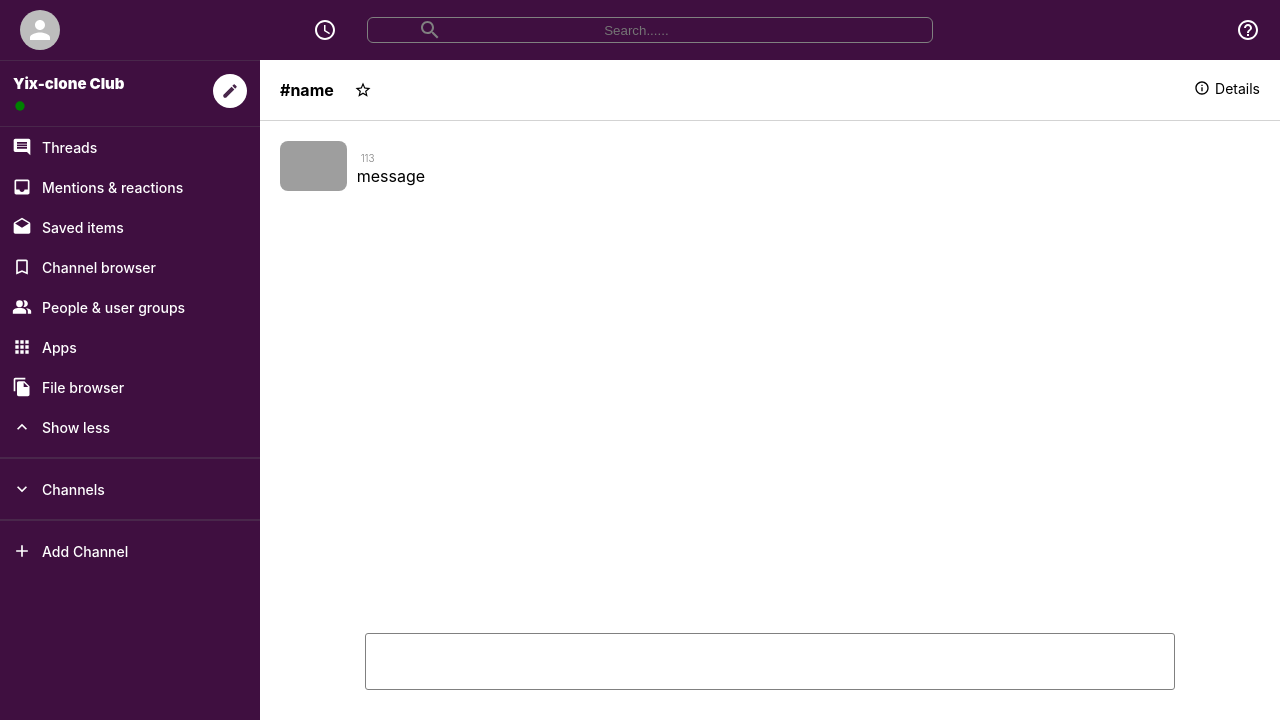
Repository: Tracy-maker/slack-clone
Page: /
An editor plug-in stored every save of this project. The page is shown before and after the next save, followed by the edit.
The browser window is 1280 px wide. The pictures show the whole page.
Pictures or frames that could not be fetched are drawn as grey boxes. The page's requests for data from a server got no answer. The project was rebuilt for these pictures with package versions that can differ from the ones it lists, and the page was loaded fresh each time. No one was signed in, and anything a server would have sent is missing. Also part of the build but not shown: src/App.css.

Above is the page before, as saved 2023-11-16 06:05:41.

After the next save:
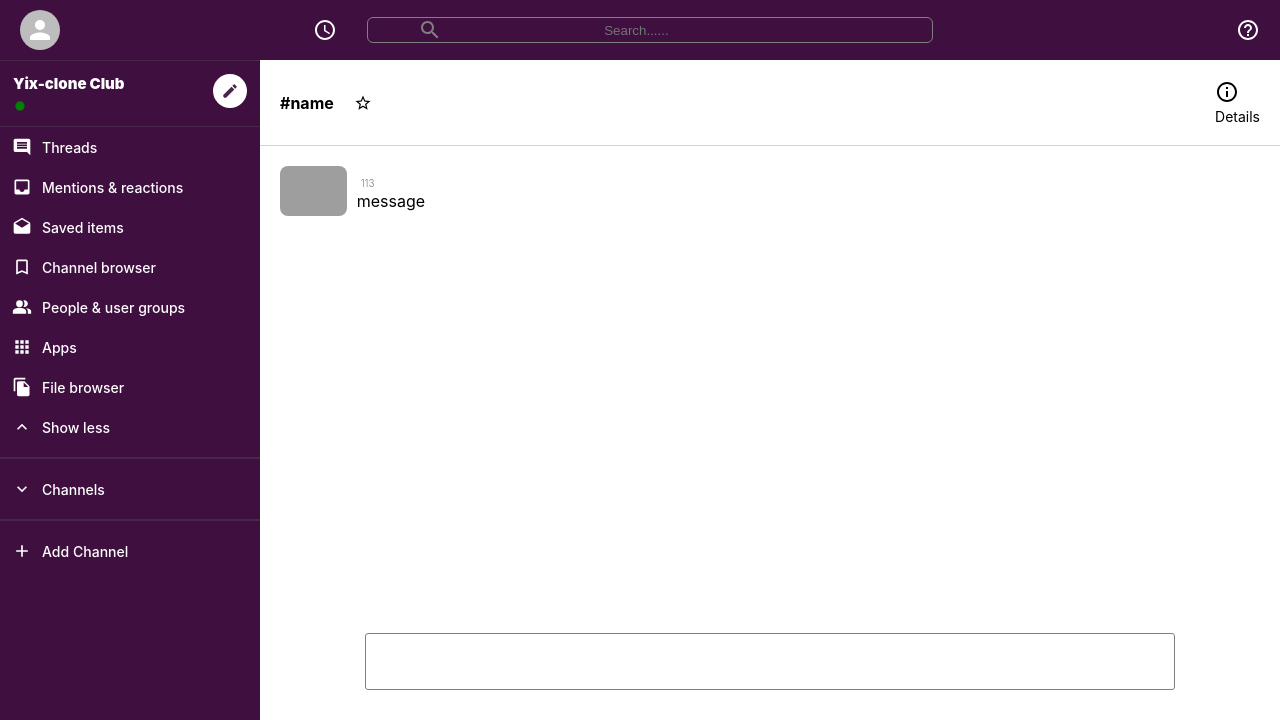
Saved 3 min 28 s later.
--- a/src/components/Chat/Chat.jsx
+++ b/src/components/Chat/Chat.jsx
@@ -66,8 +66,9 @@
             <StarBorderOutlinedIcon />
           </HeaderLeft>
           <HeaderRight>
+          <InfoOutlinedIcon />
             <p>
-              <InfoOutlinedIcon /> Details
+              Details
             </p>
           </HeaderRight>
         </Header>

After the save that followed:
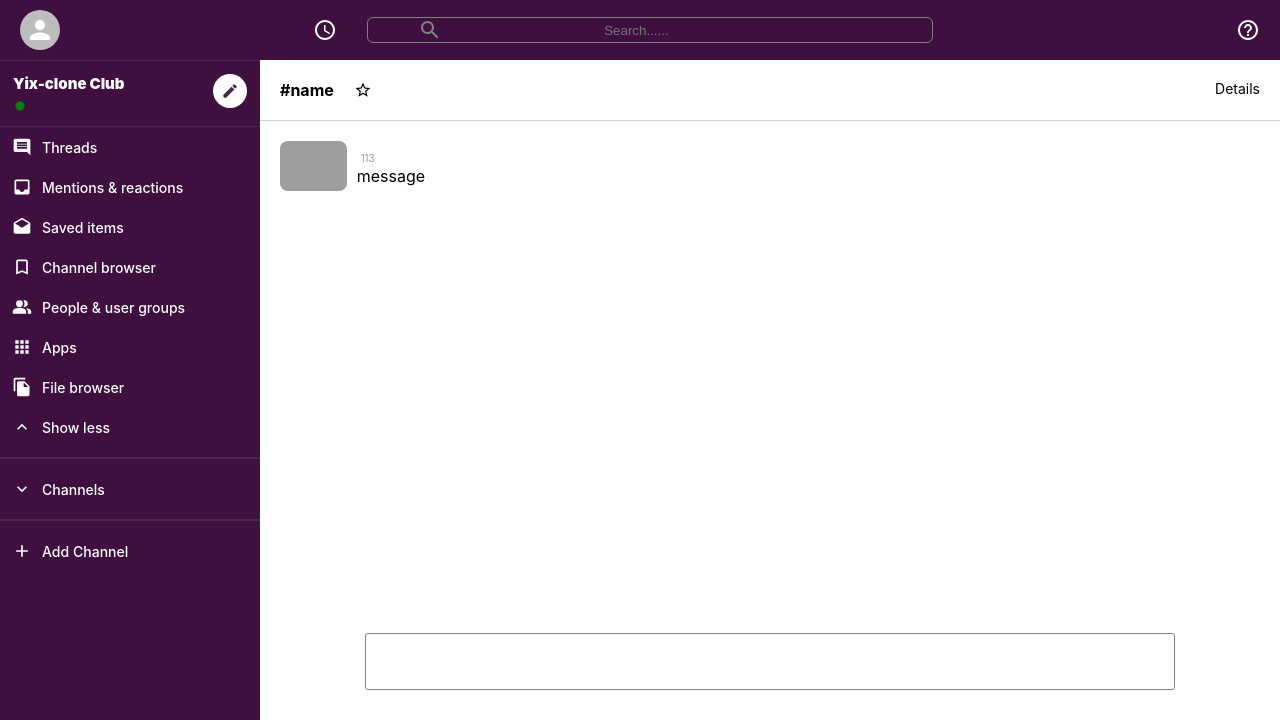
Saved 11 s later.
--- a/src/components/Chat/Chat.jsx
+++ b/src/components/Chat/Chat.jsx
@@ -66,7 +66,6 @@
             <StarBorderOutlinedIcon />
           </HeaderLeft>
           <HeaderRight>
-          <InfoOutlinedIcon />
             <p>
               Details
             </p>
